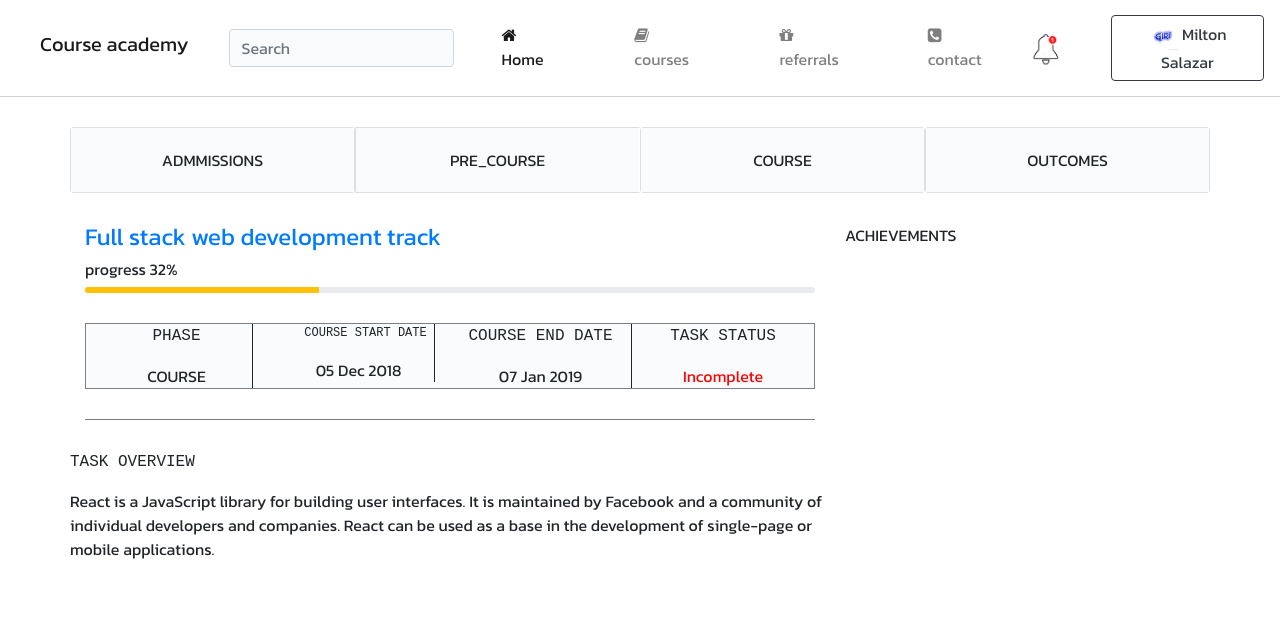
Repository: giribabu1997/html-layout
Page: task.html
An editor plug-in stored every save of this project. The page is shown before and after a run of saves, followed by the edit.
The browser window is 1280 px wide. The pictures show the whole page.
Some web fonts or font styles are not loaded; a fallback is used.

Above is the page before, as saved 2019-06-25 21:23:15.

### task.html
<!DOCTYPE html>
<html lang="en">

<head>
    <meta charset="UTF-8">
    <meta name="viewport" content="width=device-width, initial-scale=1.0">
    <meta http-equiv="X-UA-Compatible" content="ie=edge">
    <title>Document</title>
    <link rel="stylesheet" href="https://stackpath.bootstrapcdn.com/bootstrap/4.3.1/css/bootstrap.min.css"
        integrity="sha384-ggOyR0iXCbMQv3Xipma34MD+dH/1fQ784/j6cY/iJTQUOhcWr7x9JvoRxT2MZw1T" crossorigin="anonymous">
    <link href="https://fonts.googleapis.com/css?family=Kanit&display=swap" rel="stylesheet">
    <link rel="stylesheet" href="https://cdnjs.cloudflare.com/ajax/libs/font-awesome/4.7.0/css/font-awesome.min.css">
    <link href="https://fonts.googleapis.com/css?family=Cutive+Mono&display=swap" rel="stylesheet">
    <style>
        .navhead-height {
            padding: 1.5rem;
        }

        .head-container {
            padding: 0%;
        }

        * {
            font-family: 'Kanit', sans-serif;
        }

        .home-link {
            padding-right: 2.5rem !important;
            padding-left: 2.5rem !important;
        }
    </style>

</head>

<body>
    <div class="container-fluid head-container" style=" border-bottom: 1px solid lightgrey;">
        <nav class="navbar navbar-expand-lg navbar-light bg-white">
            <a class="navbar-brand navhead-height" href="#">
                <h5>Course academy </h5>
            </a>
            <button class="navbar-toggler" type="button" data-toggle="collapse" data-target="#navbarSupportedContent"
                aria-controls="navbarSupportedContent" aria-expanded="false" aria-label="Toggle navigation">
                <span class="navbar-toggler-icon"></span>
            </button>
            <form class="form-inline my-2 my-lg-0">
                <input class="form-control mr-sm-2" type="search" placeholder="Search" aria-label="Search"
                    style="background-color: #fafbfc;">
            </form>
            <div class="collapse navbar-collapse" id="navbarSupportedContent">
                <ul class="navbar-nav mr-auto">
                    <li class="nav-item active">
                        <a class="nav-link home-link" href="#"><i class="fa fa-home"></i> Home <span
                                class="sr-only">(current)</span></a>
                    </li>
                    <li class="nav-item">
                        <a class="nav-link home-link" href="#"><i class="fa fa-book"></i> courses</a>
                    </li>
                    <li class="nav-item">
                        <a class="nav-link home-link" href="#"><i class="fa fa-gift"></i> referrals</a>
                    </li>
                    <li class="nav-item">
                        <a class="nav-link home-link" href="#"><i class="fa fa-phone-square"></i> contact</a>
                    </li>
                    <li class="nav-item">
                        <a class="nav-link home-link" href="#"></a>
                        <img src="icon.png" width="30px" style="text-align: center" />
                        </a>
                    </li>
                    <button class="btn btn-outline-dark my-2 my-sm-0" type="submit">
                        <img src="giri.png" width="30px" /> Milton Salazar </button>
            </div>
        </nav>
    </div>
    <div class="container" style="padding-top: 30px; padding-bottom: 30px">
        <div class="row">
            <div class="col-md-3" style="padding: 0px !important">
                <div class="card">
                    <div class="card-body" style="text-align: center; background-color: #fafbfc;">
                        <h> ADMMISSIONS</h>
                    </div>
                </div>
            </div>
            <div class="col-md-3" style="padding: 0px !important">
                <div class="card" style="border-radius: 0;border-right-color: white;">
                    <div class="card-body" style="text-align: center; background-color: #fafbfc;">
                        <h> PRE_COURSE</h>
                    </div>
                </div>
            </div>
            <div class="col-md-3" style="padding: 0px !important">
                <div class="card">
                    <div class="card-body" style="text-align: center; background-color: #fafbfc;">
                        <h> COURSE</h>
                    </div>
                </div>
            </div>
            <div class="col-md-3" style="padding: 0px !important">
                <div class="card">
                    <div class="card-body" style="text-align: center; background-color: #fafbfc;">
                        <h> OUTCOMES</h>
                    </div>
                </div>
            </div>
        </div>
    </div>
    <div class="container">
        <div class="row">
            <div class="col-8">
                <h4> <a class="text-primary">Full stack web development track</a></h4>
                <h6>progress 32%</h6>
                <div class="progress" style=" height: 0.4rem;">
                    <div class="progress-bar bg-warning" role="progressbar" style="width: 32%" aria-valuenow="32"
                        aria-valuemin="0" aria-valuemax="50">
                    </div>
                </div>
                <div class="container" style="padding-top: 30px; padding-bottom: 30px; border-bottom: 1px solid gray;">
                    <div class="row" style="border: 1px solid gray; text-align: center; background-color: #fafbfc;">
                        <div class="col-3">
                            <div class="box" style="border-right: 1px solid">
                                <p style="font-family: 'Cutive Mono', monospace;">PHASE</p>
                                <h7>COURSE</h7>
                            </div>
                        </div>
                        <div class="col-3">
                            <div class="box" style="border-right: 1px solid">
                                <p style="font-family: 'Cutive Mono', monospace; width: 165px; font-size: 12px;">COURSE
                                    START DATE</p>
                                <h7>05 Dec 2018</h7>
                            </div>
                        </div>
                        <div class="col-3" style="border-right: 1px solid">
                            <div class="box">
                                <p style="font-family: 'Cutive Mono', monospace;">COURSE END DATE</p>
                                <h7>07 Jan 2019</h7>
                            </div>
                        </div>
                        <div class="col-3">
                            <div class="box">
                                <p style="font-family: 'Cutive Mono', monospace;">TASK STATUS</p>
                                <span style="color: red">Incomplete</span>
                            </div>
                        </div>
                    </div>
                </div>

                <div class="row" style="padding-top: 30px">
                    <h style="padding-bottom: 15px; font-family: 'Cutive Mono', monospace;">TASK OVERVIEW</h>
                    <p>React is a JavaScript library for building user interfaces. It is maintained by Facebook and a
                        community of individual developers and companies. React can be used as a base in the development
                        of single-page or mobile applications.</p>
                </div>
            </div>
            <div class="col-4">
                ACHIEVEMENTS
            </div>
        </div>
    </div>


</body>
<script src="https://code.jquery.com/jquery-3.3.1.slim.min.js"
    integrity="sha384-q8i/X+965DzO0rT7abK41JStQIAqVgRVzpbzo5smXKp4YfRvH+8abtTE1Pi6jizo"
    crossorigin="anonymous"></script>
<script src="https://cdnjs.cloudflare.com/ajax/libs/popper.js/1.14.7/umd/popper.min.js"
    integrity="sha384-UO2eT0CpHqdSJQ6hJty5KVphtPhzWj9WO1clHTMGa3JDZwrnQq4sF86dIHNDz0W1"
    crossorigin="anonymous"></script>
<script src="https://stackpath.bootstrapcdn.com/bootstrap/4.3.1/js/bootstrap.min.js"
    integrity="sha384-JjSmVgyd0p3pXB1rRibZUAYoIIy6OrQ6VrjIEaFf/nJGzIxFDsf4x0xIM+B07jRM"
    crossorigin="anonymous"></script>

</html>

After the next 3 saves:
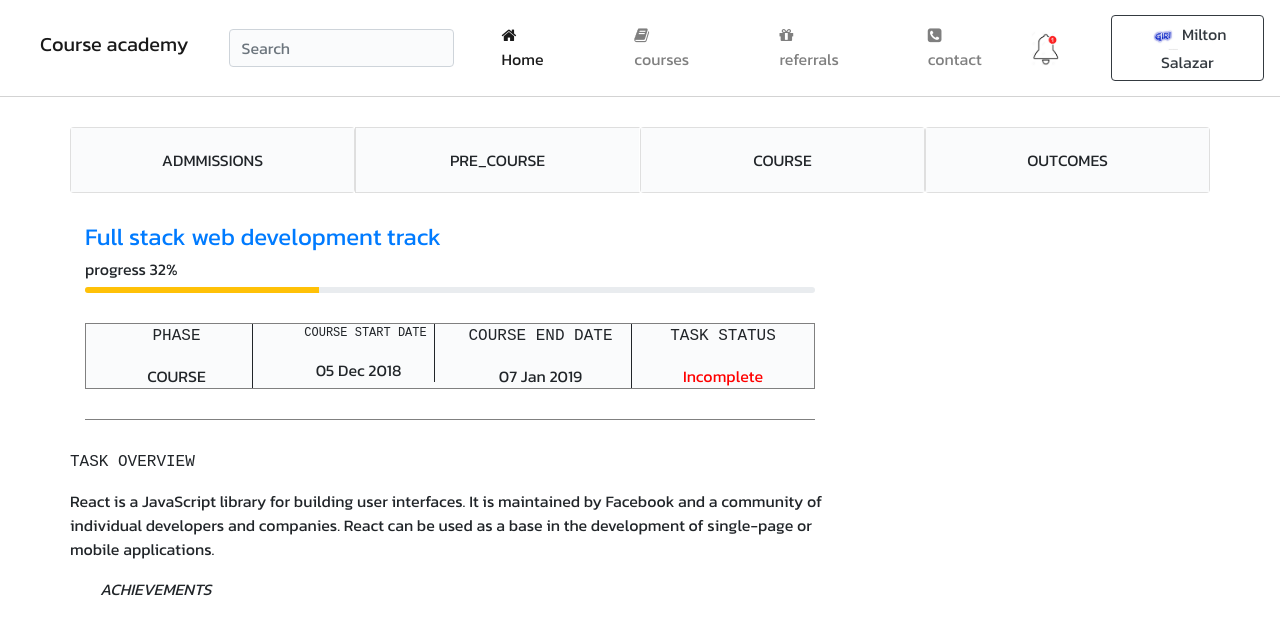
The 3 saves are shown as one change because they came seconds apart.
The last was saved 43 s later.
--- a/task.html
+++ b/task.html
@@ -149,6 +149,7 @@
                         community of individual developers and companies. React can be used as a base in the development
                         of single-page or mobile applications.</p>
                 </div>
+                <dfn
             </div>
             <div class="col-4">
                 ACHIEVEMENTS

After the save that followed:
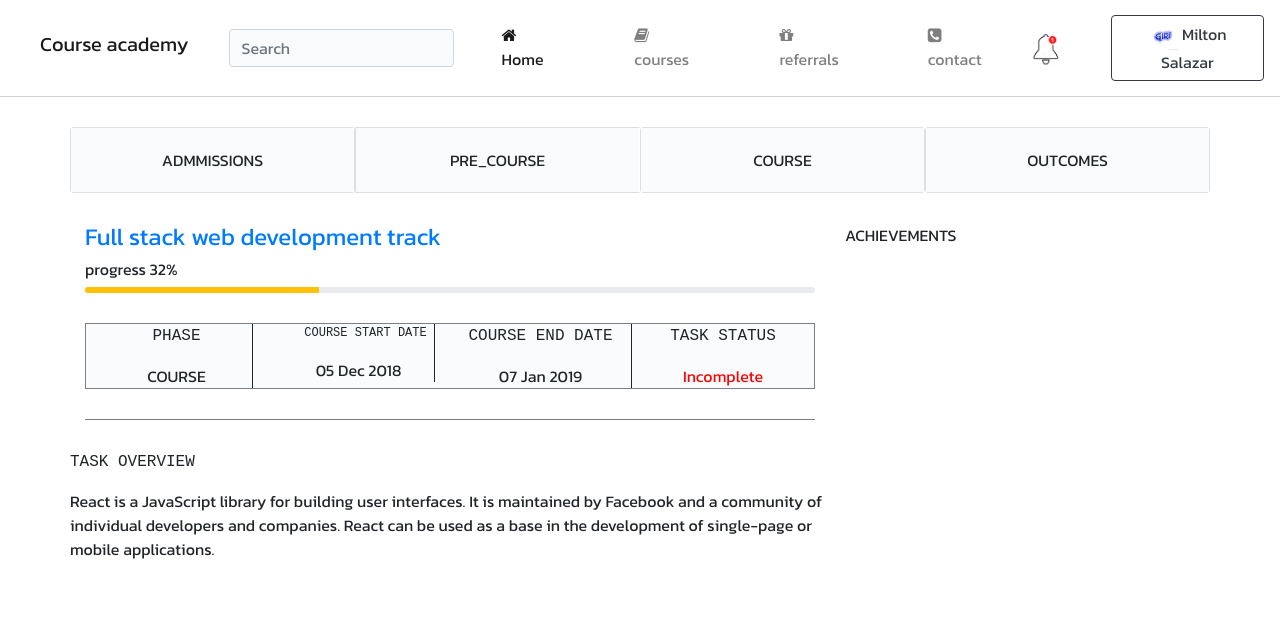
Saved 9 s later.
--- a/task.html
+++ b/task.html
@@ -149,7 +149,7 @@
                         community of individual developers and companies. React can be used as a base in the development
                         of single-page or mobile applications.</p>
                 </div>
-                <dfn
+                <div></div>
             </div>
             <div class="col-4">
                 ACHIEVEMENTS
